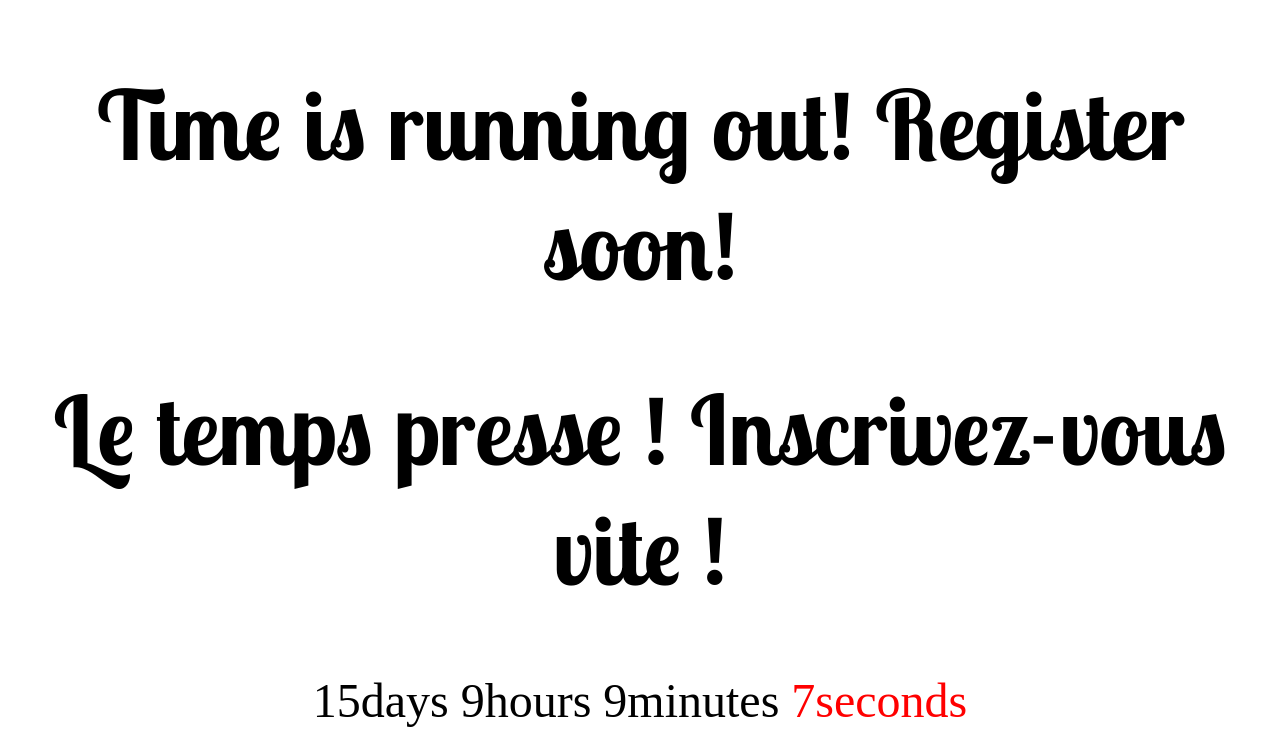
Repository: sinarinzifabrice/Events
Page: index.html
These files come from the project's save history. The page is drawn as it stood at one moment and after the next save; the edit follows.
The browser window is 1280 px wide. The pictures show the whole page.

Above is the page before, as saved 2024-05-16 18:52:56.

### index.html
<!DOCTYPE html>
<html lang="en">
<head>
  <meta charset="UTF-8">
  <meta name="viewport" content="width=device-width, initial-scale=1.0">
  <link rel="preconnect" href="https://fonts.googleapis.com">
<link rel="preconnect" href="https://fonts.gstatic.com" crossorigin>
<link href="https://fonts.googleapis.com/css2?family=Lobster+Two:ital,wght@0,700;1,700&family=Poppins:wght@300;400;600;700&display=swap" rel="stylesheet">
  <title>Countdown Timer</title>
  <style>
   h1{
      font-family: "Lobster Two", sans-serif;
      font-weight: 400;
      font-style: normal;
   }
    .countdown {
      font-size: 3em;
      text-align: center;
    }
    .red {
      color: red;
    }
  </style>
</head>
<body>

   <div class="countdown"><h1>Time is running out! Register soon!

      <h1>Le temps presse ! Inscrivez-vous vite !</h1></h1></div>
   <div id="countdown" class="countdown"></div>



<script>
  // Set the date we're counting down to
  var countDownDate = new Date("May 29, 2024 19:00:00").getTime();

  // Update the countdown every 1 second
  var x = setInterval(function() {

    // Get the current date and time
    var now = new Date().getTime();

    // Calculate the remaining time
    var distance = countDownDate - now;

    // Calculate days, hours, minutes and seconds
    var days = Math.floor(distance / (1000 * 60 * 60 * 24));
    var hours = Math.floor((distance % (1000 * 60 * 60 * 24)) / (1000 * 60 * 60));
    var minutes = Math.floor((distance % (1000 * 60 * 60)) / (1000 * 60));
    var seconds = Math.floor((distance % (1000 * 60)) / 1000);

    // Display the countdown
    document.getElementById("countdown").innerHTML = days + "days " + hours + "hours "
    + minutes + "minutes <span class='red'>" + seconds + "seconds</span>";

    // If the countdown is over, display a message
    if (distance < 0) {
      clearInterval(x);
      document.getElementById("countdown").innerHTML = "EXPIRED";
    }
  }, 1000);
</script>

</body>
</html>

After the next save:
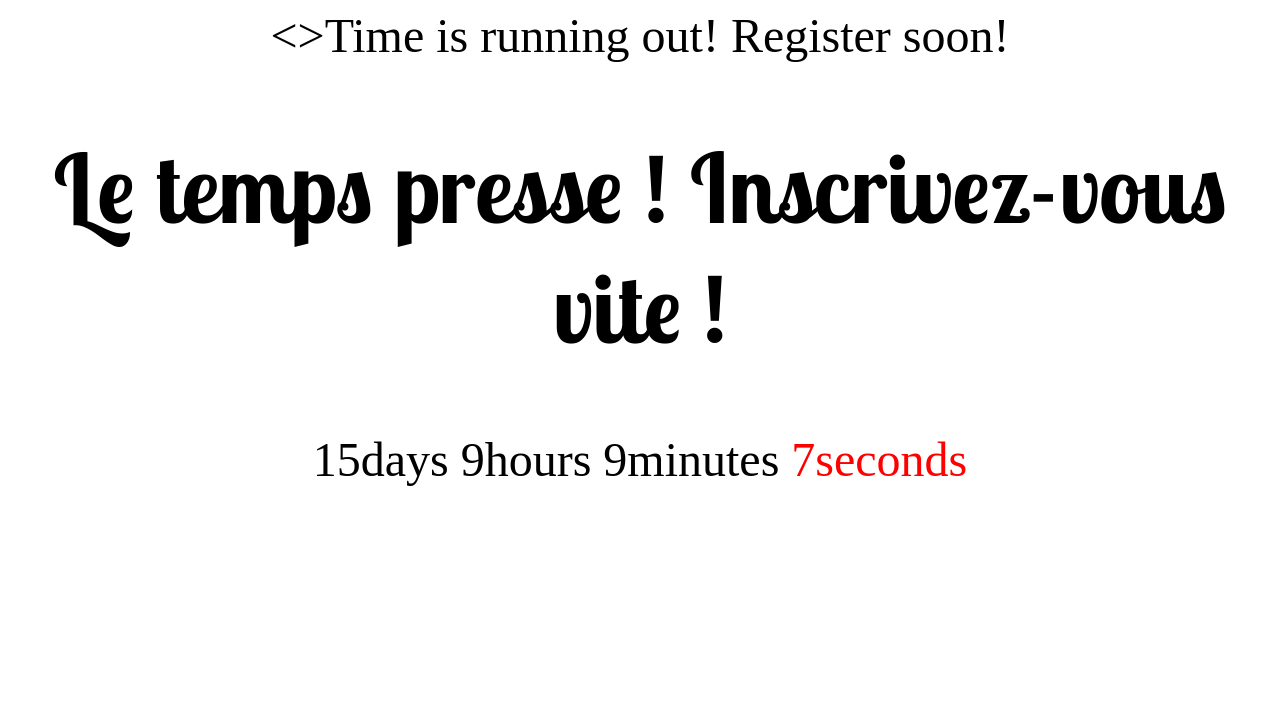
Saved 7 s later.
--- a/index.html
+++ b/index.html
@@ -24,9 +24,10 @@
 </head>
 <body>
 
-   <div class="countdown"><h1>Time is running out! Register soon!
+   <div class="countdown"><>Time is running out! Register soon!
 
-      <h1>Le temps presse ! Inscrivez-vous vite !</h1></h1></div>
+      <h1>Le temps presse ! Inscrivez-vous vite !</h1>
+   </div>
    <div id="countdown" class="countdown"></div>
 
 
